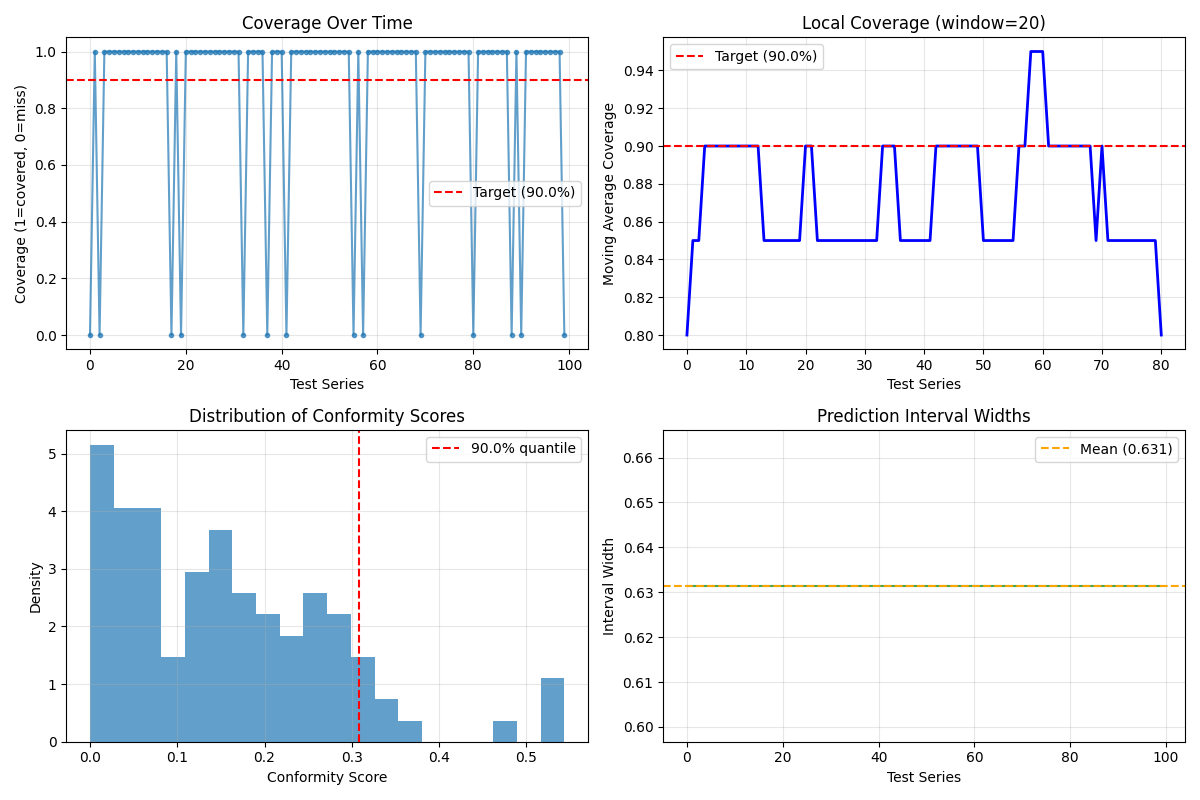
Repository: icer6683/Conformal-Covariate-Shift
Script's output: python basic_conformal.py
These files come from the project's save history. The script's output is drawn as it stood at one moment and after the next save; the edit follows.
Random numbers start from a fixed seed.

Above is the script's output before, as saved 2025-07-23 23:15:39.

After the next save:
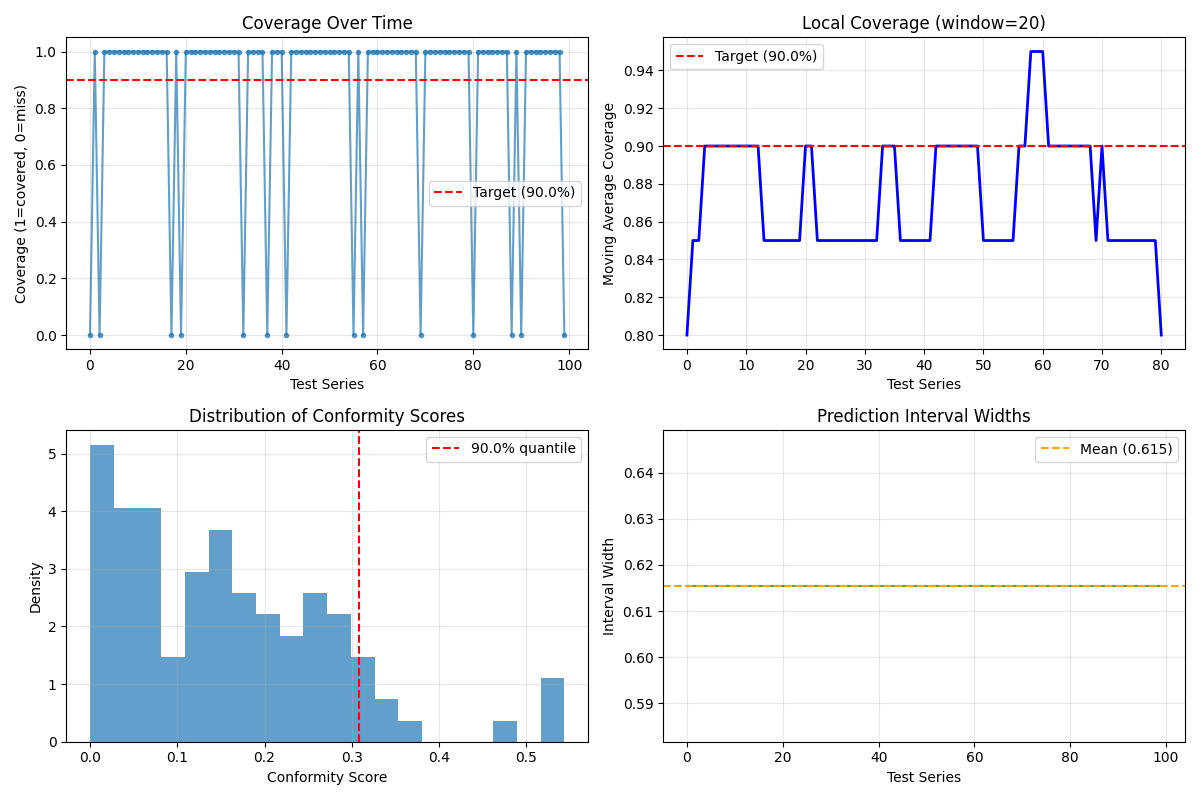
Saved 3 min 40 s later.
--- a/basic_conformal.py
+++ b/basic_conformal.py
@@ -119,7 +119,7 @@ class BasicConformalPredictor:
         conformity_scores = np.array(conformity_scores)
 
         # Compute quantile for prediction intervals
-        self.quantile = np.quantile(conformity_scores, 1 - self.alpha, method='higher')
+        self.quantile = np.quantile(conformity_scores, 1 - self.alpha)
 
         print(f"Calibration completed:")
         print(f"  Conformity scores - Mean: {np.mean(conformity_scores):.4f}, Std: {np.std(conformity_scores):.4f}")
